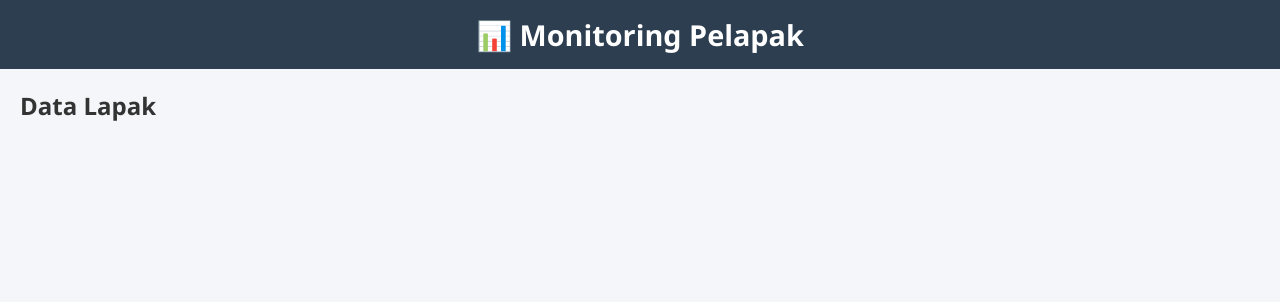
Repository: pasarrakyatbangetayukulon/lapak
Page: index.html
The author's editor kept a copy of each file at every save. The page is drawn from the files as they stood at one save, then again after a run of saves.
The browser window is 1280 px wide. The pictures show the whole page.

Above is the page before, as saved 2025-09-08 18:16:52.
Console error: TypeError: Cannot read properties of null (reading 'addEventListener')

After the next 2 saves:
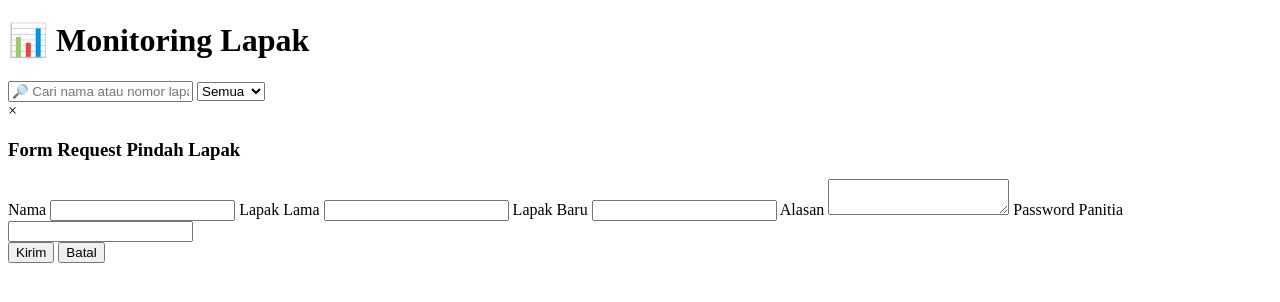
The error is gone.
Not found: script.js
Not found: style.css
The 2 saves are shown as one change because they came seconds apart.
The last was saved 9 s later.
--- a/index.html
+++ b/index.html
@@ -4,17 +4,27 @@
 <head>
     <meta charset="UTF-8">
     <title>Monitoring Pelapak</title>
-    <link rel="stylesheet" href="styles.css">
+    <link rel="stylesheet" href="style.css">
 </head>
 
 <body>
     <header>
-        <h1>📊 Monitoring Pelapak</h1>
+        <h1>📊 Monitoring Lapak</h1>
     </header>
 
     <main>
+        <!-- Toolbar -->
+        <div class="toolbar">
+            <input type="text" id="searchInput" placeholder="🔎 Cari nama atau nomor lapak...">
+            <select id="filterSelect">
+                <option value="all">Semua</option>
+                <option value="kosong">Kosong</option>
+                <option value="terisi">Terisi</option>
+            </select>
+        </div>
+
+        <!-- Grid Lapak -->
         <section>
-            <h2>Data Lapak</h2>
             <div class="grid" id="lapakGrid"></div>
         </section>
     </main>
@@ -49,7 +59,7 @@
         </div>
     </div>
 
-    <script src="app.js"></script>
+    <script src="script.js"></script>
 </body>
 
 </html>
